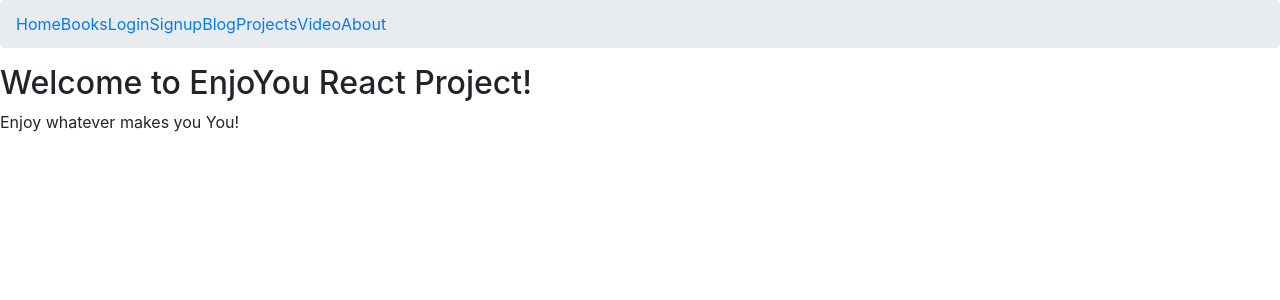
Repository: ebo-arcadia/enjoyou
Page: /home
The author's editor kept a copy of each file at every save. The page is drawn from the files as they stood at one save, then again after the next save.
The browser window is 1280 px wide. The pictures show the whole page.
The project was rebuilt for these pictures with package versions that can differ from the ones it lists, and the page was loaded fresh each time. Also part of the build but not shown: src/components/BooksList.js, src/containers/Login.js, src/containers/signup.js, src/containers/blog.js, src/containers/Projects.js, src/containers/video.js, src/components/About.js.

Above is the page before, as saved 2021-04-20 11:08:39.

After the next save:
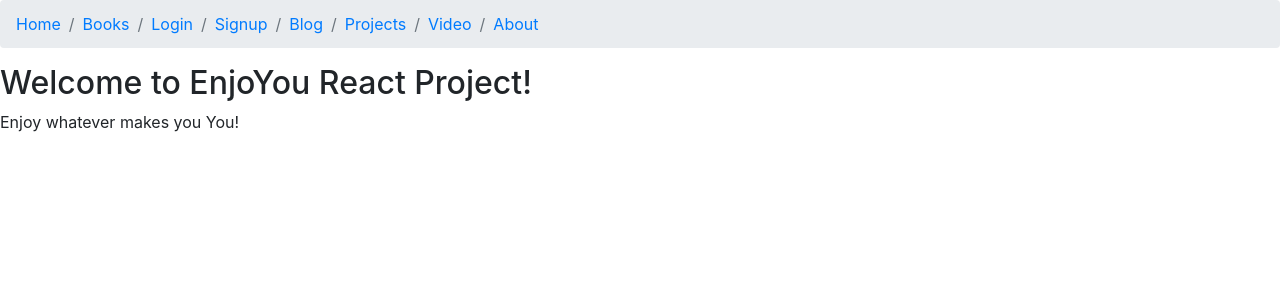
Saved 97 s later.
--- a/src/containers/App.js
+++ b/src/containers/App.js
@@ -19,13 +19,13 @@ export default function App() {
           <nav>
             <Breadcrumb>
               <Breadcrumb.Item><Link to="/">Home</Link></Breadcrumb.Item>
-              <li> <Link to="/books">Books</Link> </li>
-              <li> <Link to="/login">Login</Link> </li>
-              <li> <Link to="/signup">Signup</Link> </li>
-              <li> <Link to="/blog">Blog</Link> </li>
-              <li> <Link to="/projects">Projects</Link> </li>
-              <li> <Link to="/video">Video</Link> </li>
-              <li> <Link to="/about">About</Link> </li>
+              <Breadcrumb.Item><Link to="/books">Books</Link></Breadcrumb.Item>
+              <Breadcrumb.Item><Link to="/login">Login</Link></Breadcrumb.Item>
+              <Breadcrumb.Item><Link to="/signup">Signup</Link></Breadcrumb.Item>
+              <Breadcrumb.Item><Link to="/blog">Blog</Link></Breadcrumb.Item>
+              <Breadcrumb.Item><Link to="/projects">Projects</Link></Breadcrumb.Item>
+              <Breadcrumb.Item><Link to="/video">Video</Link></Breadcrumb.Item>
+              <Breadcrumb.Item><Link to="/about">About</Link></Breadcrumb.Item>
             </Breadcrumb>
           </nav>
 
